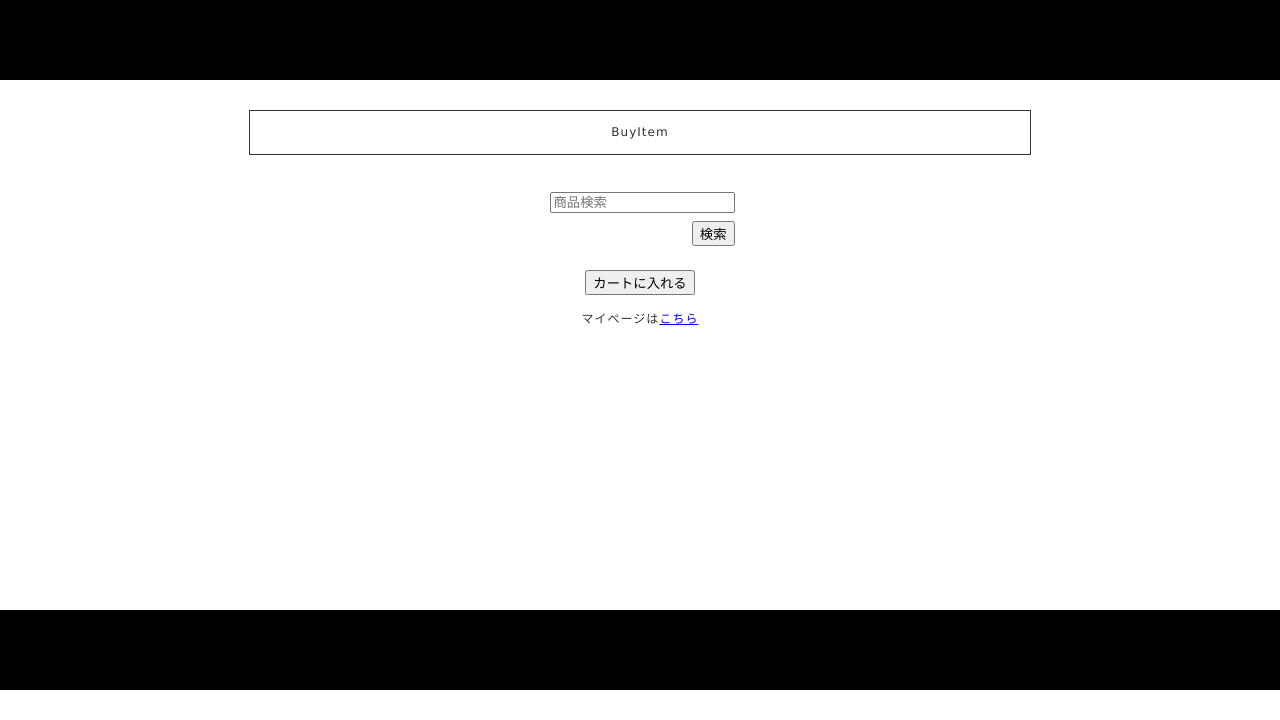
Repository: y321sudo/test2
Page: http://localhost/Yukazon/buyItem.jsp
These files come from the project's save history. The page is drawn as it stood at one moment and after the next save; the edit follows.
The browser window is 1280 px wide. The pictures show the whole page.
The page is served by Tomcat 9.

Above is the page before, as saved 2018-02-26 05:48:57.

After the next save:
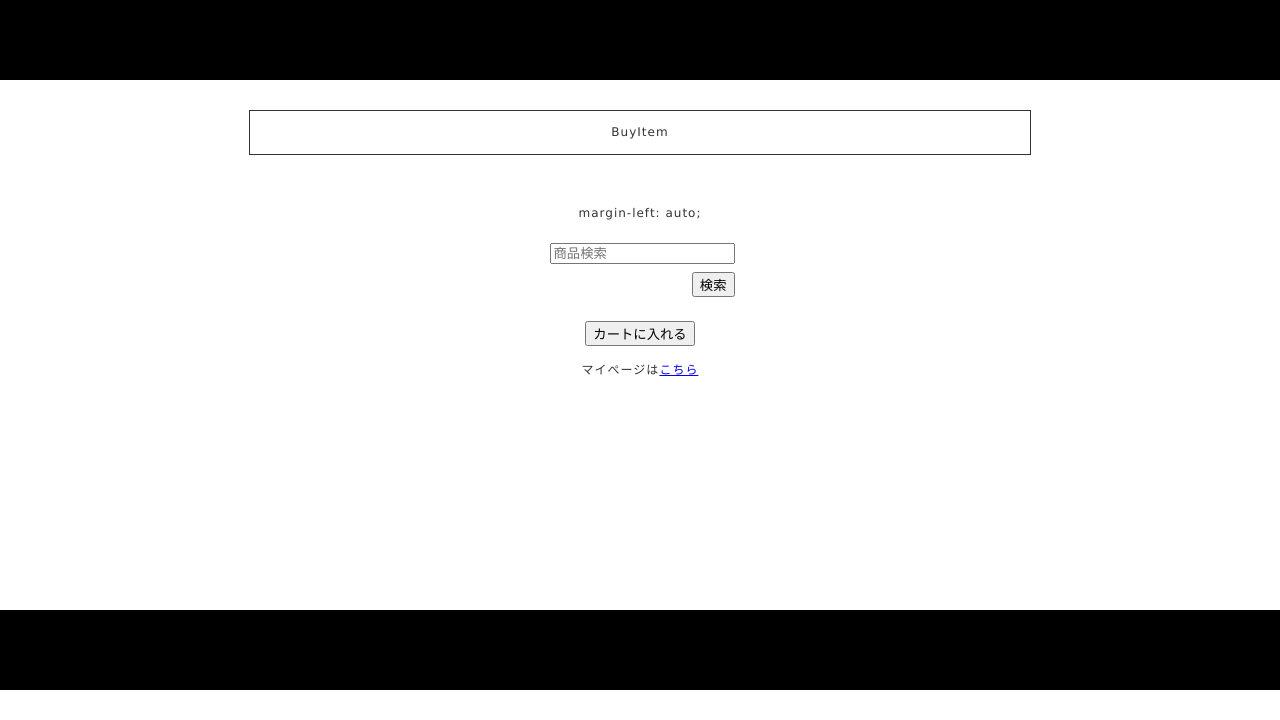
Saved 36 min 51 s later.
--- a/Yukazon/WebContent/buyItem.jsp
+++ b/Yukazon/WebContent/buyItem.jsp
@@ -50,6 +50,9 @@
 		background-color: black;
 		clear:both;
 	}
+	.right {
+    margin-left: auto;
+}
 	</style>
 </head>
 <body>
@@ -63,11 +66,11 @@
 		<s:form action="ItemSearchAction">
 
 			<tr>
+				<td><p class="right">
+					<s:textfield name="searchWord" placeholder="商品検索"/>
+				</p></td>
 				<td>
-					<s:textfield name="searchWord" placeholder="商品検索"/>
-				</td>
-				<td>
-					<s:submit value="検索"/>
+					<s:submit value="検索"/><br>margin-left: auto;
 				</td>
 			</tr>
 
